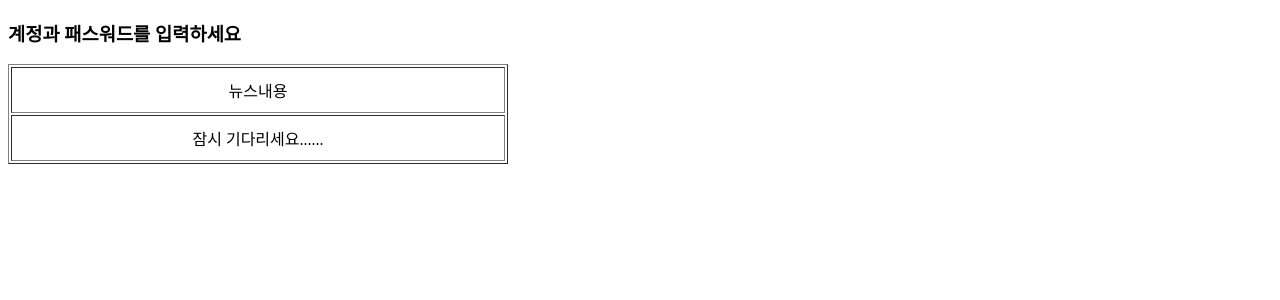
Repository: golddrone7/front
Page: step10_Ajax/src/main/webapp/test9/loginTest.html
An editor plug-in stored every save of this project. The page is shown before and after the next save, followed by the edit.
The browser window is 1280 px wide. The pictures show the whole page.

Above is the page before, as saved 2023-02-27 07:14:38.

After the next save:
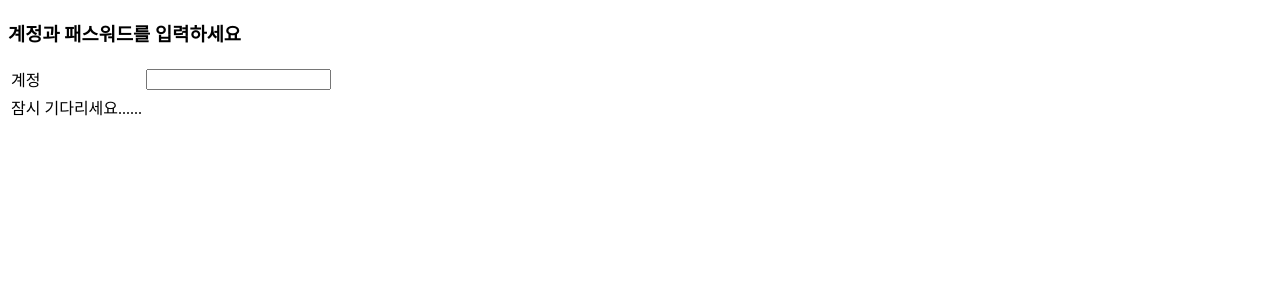
Saved 66 s later.
--- a/step10_Ajax/src/main/webapp/test9/loginTest.html
+++ b/step10_Ajax/src/main/webapp/test9/loginTest.html
@@ -10,9 +10,10 @@
 일반적인 경우는 패스워드 비교
  -->
  <form id="loginf" action="login.jsp">
- 		<table border="1" style="height: 100px; width: 500px; text-align: center;">
+ 		<table>
 		<tr>
-			<td>뉴스내용</td>
+			<td><label for="id">계정</label></td>
+			<td><input type="text" id="id" name="id" required></td>
 		</tr>
 		<tr>
 			<td id="demo">잠시 기다리세요......</td>
